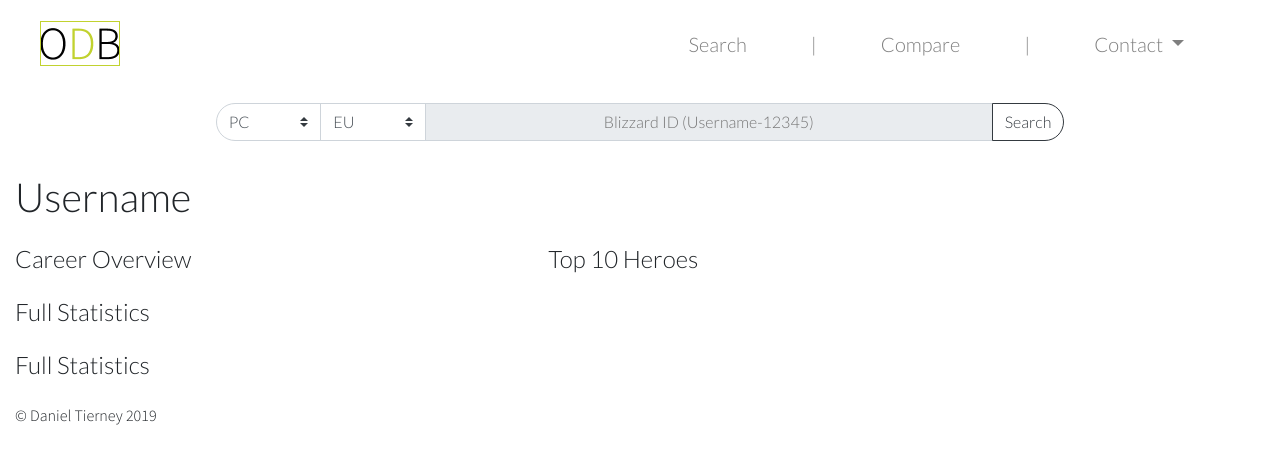
Repository: Cobonkoi/overwatch-dashboard
Page: search.html
The author's editor kept a record of every edit. The page is drawn from the files as they stood at one moment, then again after the next edit.
The browser window is 1280 px wide. The pictures show the whole page.

Above is the page before.

After the next edit:
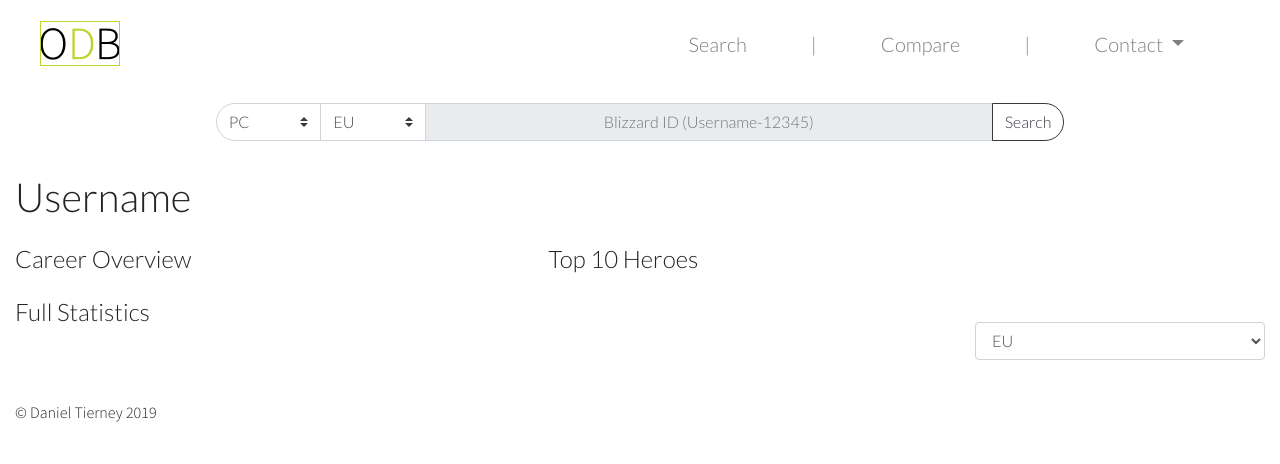
The edit:
--- a/search.html
+++ b/search.html
@@ -136,8 +136,13 @@
             <div class="col-9 mb-3">
                 <h4 class="" id="">Full Statistics</h4>
             </div>
-            <div class="col-12 mb-3">
-                <h4 class="" id="">Full Statistics</h4>
+            <div class="col-3 mb-3">
+                <select class="form-control my-4" id="searchFormRegionMobile">
+                    <option disabled>Region...</option>
+                    <option value="eu">EU</option>
+                    <option value="us">US</option>
+                          <option value="asia">Asia</option>
+                </select>
             </div>
         </div>
     </div>
